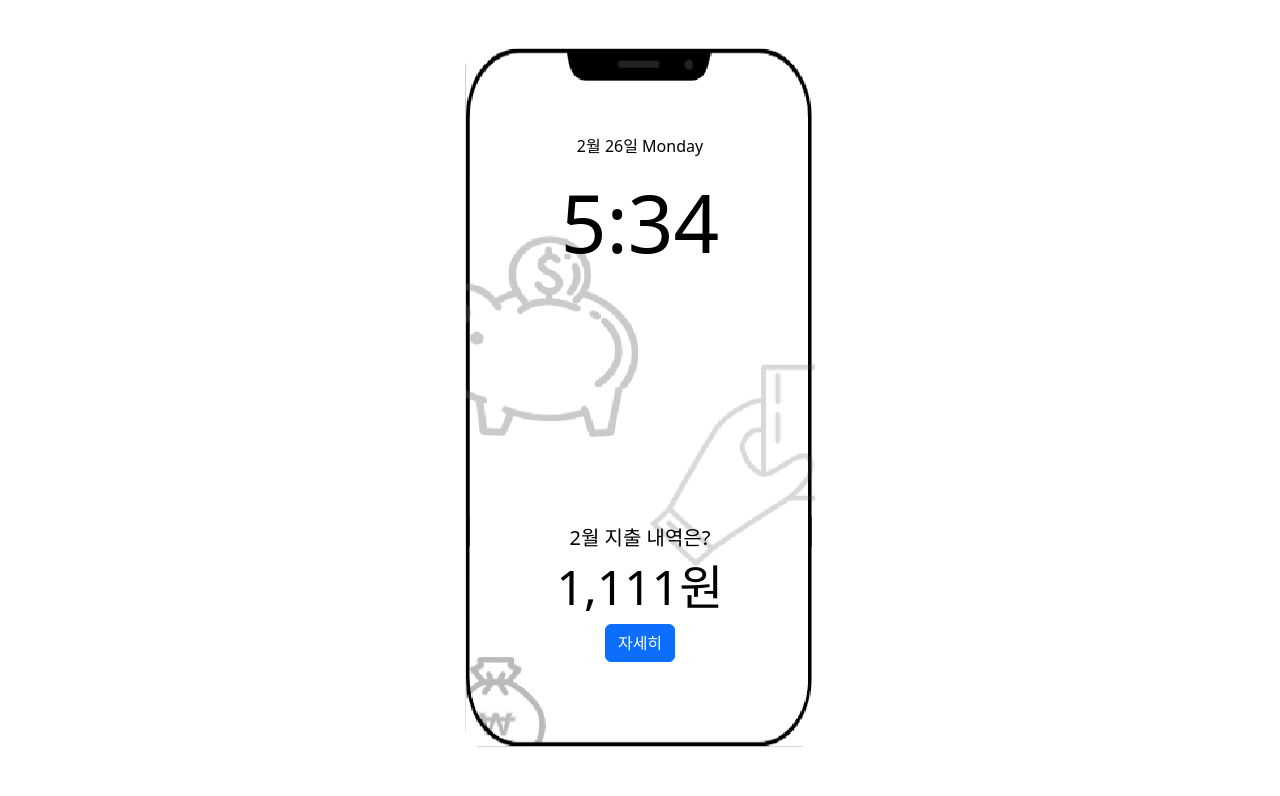
Repository: kimSummerrain/KairosHackathon
Page: venvs/karios/templates/startscreen3.html
An editor plug-in stored every save of this project. The page is shown before and after the next save, followed by the edit.
The browser window is 1280 px wide. The pictures show the whole page.

Above is the page before, as saved 2024-02-26 19:13:26.

### venvs/karios/templates/startscreen3.html
<!DOCTYPE html>
<html lang="en">

<head>
    <meta charset="UTF-8">
    <meta name="viewport" content="width=device-width, initial-scale=1.0">
    <title>Document</title>
    <link href="https://cdn.jsdelivr.net/npm/bootstrap@5.3.3/dist/css/bootstrap.min.css" rel="stylesheet"
        integrity="sha384-QWTKZyjpPEjISv5WaRU9OFeRpok6YctnYmDr5pNlyT2bRjXh0JMhjY6hW+ALEwIH" crossorigin="anonymous">
    <script src="https://cdn.jsdelivr.net/npm/bootstrap@5.3.3/dist/js/bootstrap.bundle.min.js"
        integrity="sha384-YvpcrYf0tY3lHB60NNkmXc5s9fDVZLESaAA55NDzOxhy9GkcIdslK1eN7N6jIeHz"
        crossorigin="anonymous"></script>

    <script>
        // 현재 날짜를 가져와서 표시하는 함수
        function displayDate() {
            var today = new Date(); // 현재 날짜 및 시간 가져오기
            var month = today.getMonth() + 1; // 월 가져오기 (0부터 시작하므로 +1)
            var day = today.getDate(); // 일 가져오기
            var dayOfWeek = today.toLocaleDateString('en-US', { weekday: 'long' }); // 요일 가져오기
            var hour = today.getHours(); // 시간 가져오기
            var minute = today.getMinutes(); // 분 가져오기

            minute = minute < 10 ? '0' + minute : minute;

            // HTML 요소에 날짜와 요일 표시
            document.getElementById('date').innerHTML = month + '월 ' + day + '일 ' + dayOfWeek;
            document.getElementById('time').innerHTML = hour + ':' + minute;
            document.getElementById('month').innerHTML = month + '월 지출 내역은?';
        }
        function click_btn() {
            //버튼 클릭시 효과 ex)카테고리창으로 창넘김
        }



        // 페이지가 로드될 때 displayDate 함수 실행
        window.onload = function () {
            // 매 초마다 updateDateTime 함수를 호출하여 시간을 업데이트
            setInterval(displayDate, 1000); // 1000ms = 1초
            // 최초 로드시 한번 호출하여 초기화
            displayDate();
        };
    </script>
    <style>
        /* 이미지 스타일 */
        .container-img {
            position: relative;
            /* 상대 위치 지정 */
            display: inline-block;
            /* 인라인 블록 요소로 지정하여 텍스트와 이미지를 함께 표시 */
        }

        .container-img img {
            width: 350px;
            /* 이미지 너비 350px로 고정 */
            height: 700px;
            /* 이미지 높이 750px로 고정 */
            border-radius: 20px;
            /* 둥근 모서리 적용 */
        }

        .text-overlay {
            position: absolute;
            /* 절대 위치 지정 */
            top: 0;
            /* 위에서부터 위치 지정 */
            left: 0;
            /* 왼쪽에서부터 위치 지정 */
            width: 100%;
            /* 부모 요소의 너비와 동일하게 지정 */
            height: 100%;
            /* 부모 요소의 높이와 동일하게 지정 */
            display: flex;
            /* Flexbox 사용하여 내부 요소를 가로로 정렬 */
            flex-direction: column;
            /* 세로 방향으로 요소 정렬 */
            justify-content: center;
            /* 수직 가운데 정렬 */
            align-items: center;
            /* 수평 가운데 정렬 */
        }

        h1 {
            font-size: 5em;
        }

        h2 {
            font-size: 3em;
        }

        .margin-top {
            margin-top: 240px;
        }
    </style>
</head>

<body>
    <div class="container-fluid p-5 bg-white text-black text-center ">
        <div class="container-img">
            <img src="smartphone.png" alt="">
            <div class="text-overlay">
                <p id="date"></p>
                <h1 id="time"></h1>
                <h1 class="margin-top"></h1>
                <h5 id="month"></h5>
                <h2>1,111원</h2>
                <button class="btn btn-primary">자세히</button>
            </div>
        </div>

    </div>
</body>

</html>

After the next save:
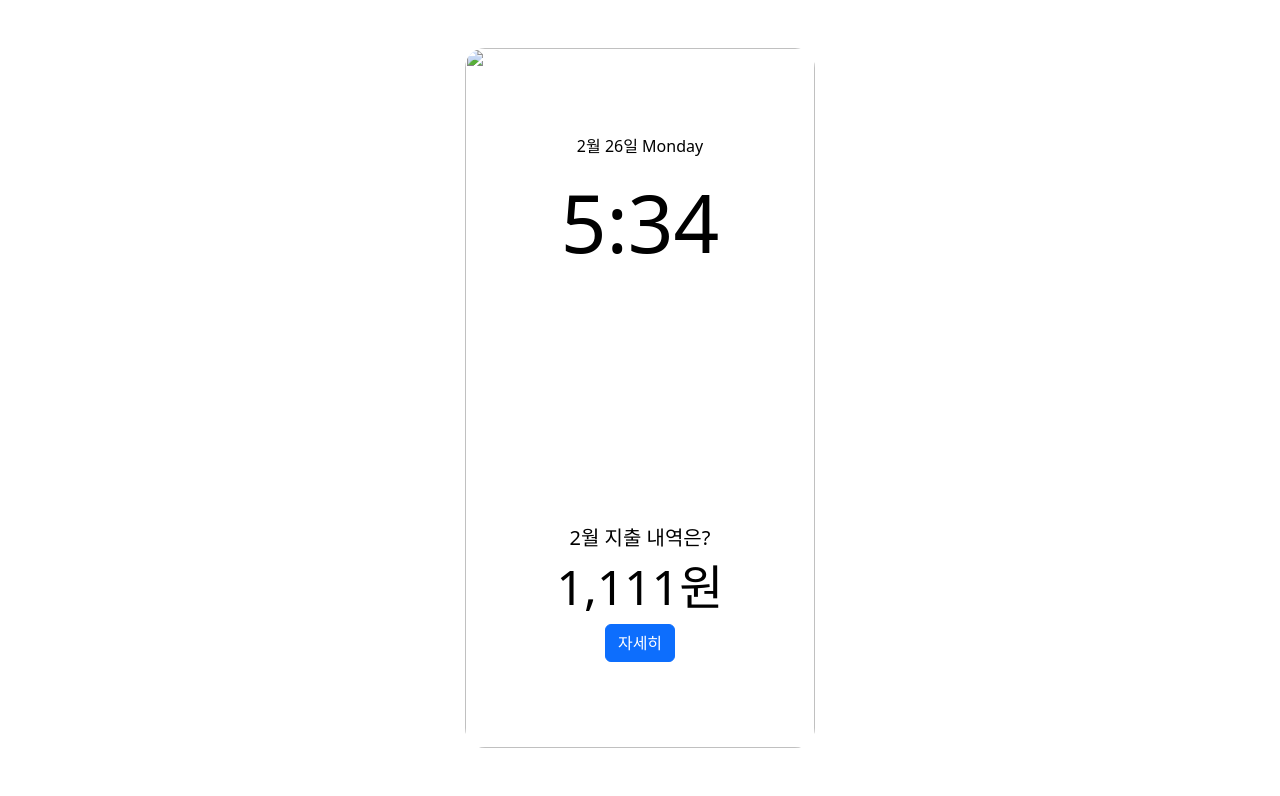
Not found: static/smartphone.png
Saved 36 s later.
--- a/venvs/karios/templates/startscreen3.html
+++ b/venvs/karios/templates/startscreen3.html
@@ -98,7 +98,7 @@
 <body>
     <div class="container-fluid p-5 bg-white text-black text-center ">
         <div class="container-img">
-            <img src="smartphone.png" alt="">
+            <img src="/static/smartphone.png" alt="">
             <div class="text-overlay">
                 <p id="date"></p>
                 <h1 id="time"></h1>
